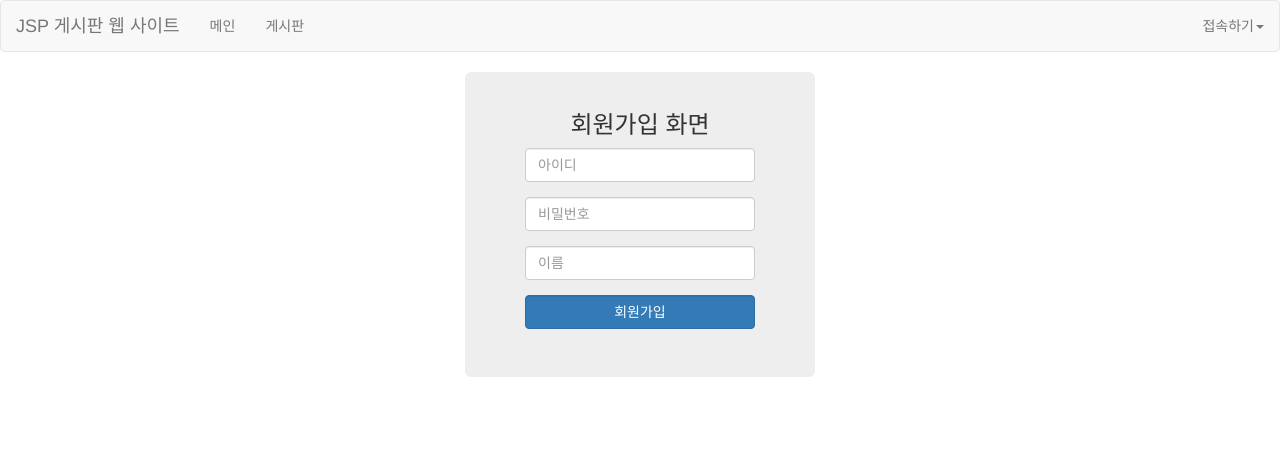
Repository: jk4g2/JSP_BBS
Page: http://localhost/BBS/join.jsp
These files come from the project's save history. The page is drawn as it stood at one moment and after the next save; the edit follows.
The browser window is 1280 px wide. The pictures show the whole page.
Some web libraries are served in a nearby version. The page is served by Tomcat 9. Other server files are loaded and not shown.

Above is the page before, as saved 2020-03-15 21:37:21.

### BBS/WebContent/join.jsp
<%@ page language="java" contentType="text/html; charset=UTF-8"
    pageEncoding="UTF-8"%>
<!DOCTYPE html>
<html>
<head>
	<meta http-equiv="Content-Type" content="text/html; charset=UTF-8">
	<meta name ="viewport" content="width=device-width", initial-scale="1">
	<link rel="stylesheet" href="css/bootstrap.css">
	<script src="https://ajax.googleapis.com/ajax/libs/jquery/3.2.1/jquery.min.js"></script>
	<title>JSP 게시판 웹사이트</title>
</head>
<body>
	<nav class="navbar navbar-default">
		<div class="navbar-header">
			<button type="button" class="navbar-toggle collapsed"
			data-toggle="collapse" data-target="#bs-example-navbar-collapse-1"
			aria-expanded="false">
				<span class="icon-bar"></span>
				<span class="icon-bar"></span>
				<span class="icon-bar"></span>
			</button>
			<a class="navbar-brand" href="main.jsp">JSP 게시판 웹 사이트</a>
		</div>
		<div class="colapse navbar-collapse" id="bs-example-navbar-collapse-1">
			<ul class="nav navbar-nav">
				<li><a href="main.jsp">메인</a></li>
				<li><a href="bbs.jsp">게시판</a></li>
			</ul>
			<ul class="nav navbar-nav navbar-right">
				<li class="dropdown">
					<a href="#" class="dropdown-toggle"
						data-toggle="dropdown" role="button" aria-haspopup="true"
						aria-expanded="false">접속하기<span class="caret"></span></a>
					<ul class="dropdown-menu">
						<li class="active"><a href="login.jsp">로그인</a></li>
						<li><a href="join.jsp">회원가입</a></li>
					</ul>
				</li>
			</ul>
		</div>
	</nav>
	<div class="container">
		<div class="col-lg-4"></div>
		<div class="col-lg-4">
			<div class="jumbotron" style="padding-top:20px;">
				<form method ="post" action="loginAction.jsp">
					<h3 style="text-align:center;">회원가입 화면</h3>
					<div class="form-group">
						<input type="text" class="form-control" placeholder="아이디" name="userID" maxlength="20">
					</div>
					<div class="form-group">
						<input type="password" class="form-control" placeholder="비밀번호" name="userPassword" maxlength="20">
					</div>
					<div class="form-group">
						<input type="text" class="form-control" placeholder="이름" name="userName" maxlength="20">
					</div>
					<input type ="submit" class="btn btn-primary form-control" value="회원가입">
				</form>
			</div>
		</div>
	</div>

	<script src="js/bootstrap.js"></script>
	<script src="https://code.jquery.com/jquery-3.1.1.min.js"></script>
</body>
</html>

Loaded but not shown: BBS/WebContent/css/bootstrap.css (library); BBS/WebContent/js/bootstrap.js (library)

After the next save:
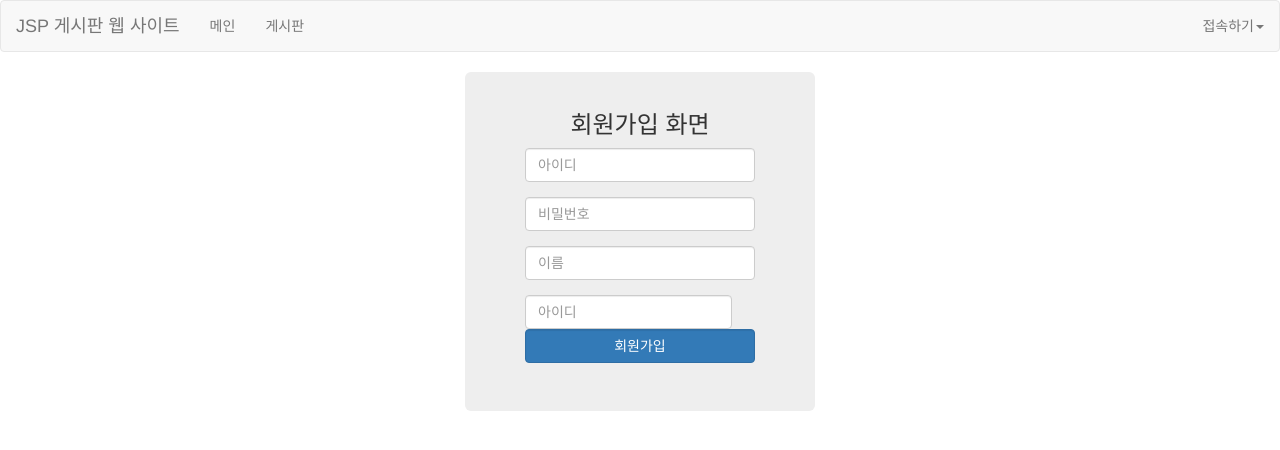
Saved 38 s later.
--- a/BBS/WebContent/join.jsp
+++ b/BBS/WebContent/join.jsp
@@ -54,6 +54,9 @@
 					<div class="form-group">
 						<input type="text" class="form-control" placeholder="이름" name="userName" maxlength="20">
 					</div>
+					<div class="btn-group" data-toggle="buttons">
+						<input type="text" class="form-control" placeholder="아이디" name="userID" maxlength="20">
+					</div>
 					<input type ="submit" class="btn btn-primary form-control" value="회원가입">
 				</form>
 			</div>
